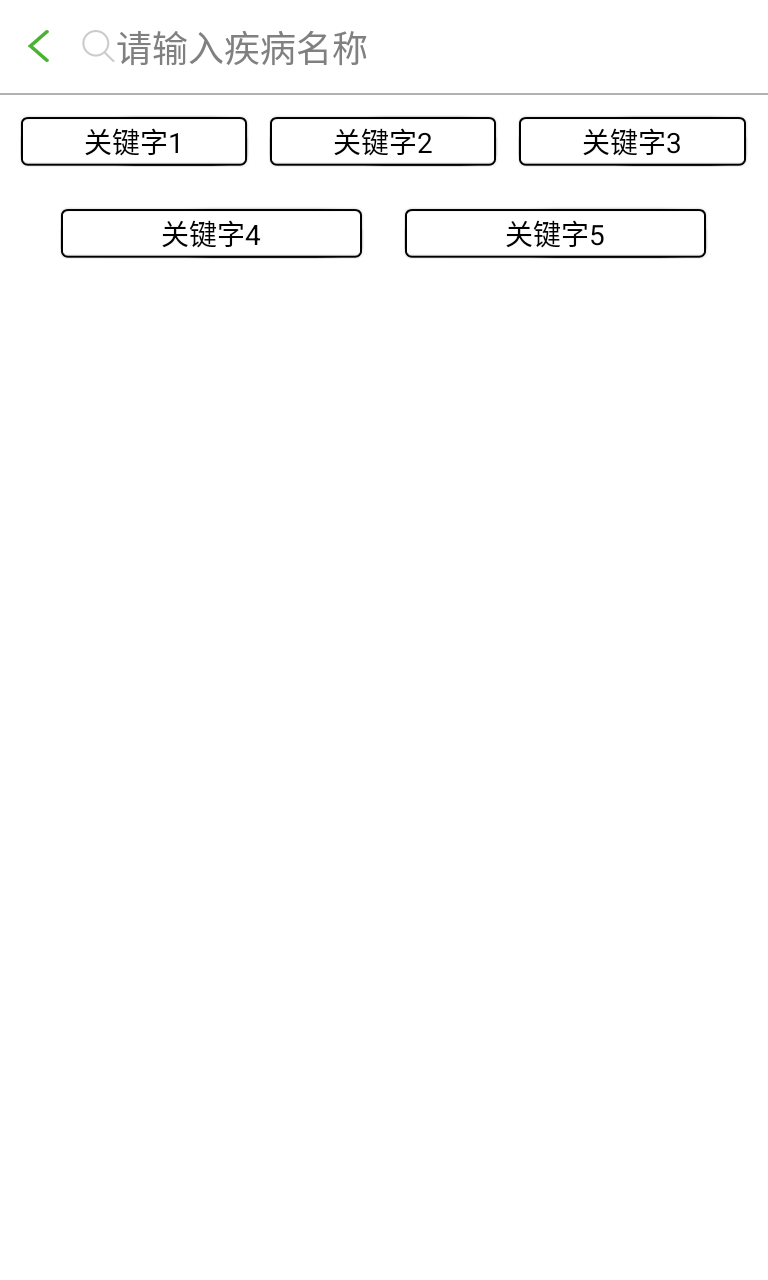
Repository: hjhlove110/XYApp
Layout: XYApp/res/layout/serache_view.xml
These files come from the project's save history. The layout is drawn as it stood at one moment and after the next save; the edit follows.
It is drawn on a 768 x 1280 px phone screen (xhdpi) without system bars, with theme Translucent; the app's code is not run.

Above is the layout before, as saved 2015-09-23 05:45:01.

### XYApp/res/layout/serache_view.xml
<LinearLayout xmlns:android="http://schemas.android.com/apk/res/android"
    android:layout_width="fill_parent"
    android:layout_height="fill_parent"
    android:background="#ffffff"
    android:orientation="vertical" >

    <LinearLayout
        android:layout_width="match_parent"
        android:layout_height="wrap_content"
        android:layout_margin="10dp"
        android:gravity="left|center_vertical"
        android:orientation="horizontal" >

        <ImageButton
            android:id="@+id/btnBack"
            android:layout_width="wrap_content"
            android:layout_height="wrap_content"
            android:background="@drawable/btn_back_selector" />

        <EditText
            android:id="@+id/title"
            android:layout_width="0dp"
            android:layout_height="wrap_content"
            android:layout_weight="1"
            android:background="@null"
            android:drawableLeft="@drawable/serach1"
            android:gravity="center_vertical|left"
            android:hint="请输入疾病名称"
            android:paddingLeft="10dp"
            android:textColor="#49b233" />
    </LinearLayout>

    <View
        android:layout_width="match_parent"
        android:layout_height="1dp"
        android:background="#b2b2b2" />

    <LinearLayout
        android:layout_width="match_parent"
        android:layout_height="wrap_content"
        android:layout_margin="10dp"
        android:orientation="horizontal" >

        <Button
            android:id="@+id/btnMsg1"
            android:layout_width="0dp"
            android:layout_height="wrap_content"
            android:layout_weight="1"
            android:background="@drawable/edittext_back"
            android:text="关键字1" />

        <Button
            android:id="@+id/btnMsg2"
            android:layout_width="0dp"
            android:layout_height="wrap_content"
            android:layout_marginLeft="10dp"
            android:layout_marginRight="10dp"
            android:layout_weight="1"
            android:background="@drawable/edittext_back"
            android:text="关键字2" />

        <Button
            android:id="@+id/btnMsg3"
            android:layout_width="0dp"
            android:layout_height="wrap_content"
            android:layout_weight="1"
            android:background="@drawable/edittext_back"
            android:text="关键字3" />
    </LinearLayout>

    <LinearLayout
        android:layout_width="match_parent"
        android:layout_height="wrap_content"
        android:layout_margin="10dp"
        android:orientation="horizontal" >

        <Button
            android:id="@+id/btnMsg4"
            android:layout_width="0dp"
            android:layout_height="wrap_content"
            android:layout_marginLeft="20dp"
            android:layout_weight="1"
            android:background="@drawable/edittext_back"
            android:text="关键字4" />

        <Button
            android:id="@+id/btnMsg5"
            android:layout_width="0dp"
            android:layout_height="wrap_content"
            android:layout_marginLeft="20dp"
            android:layout_marginRight="20dp"
            android:layout_weight="1"
            android:background="@drawable/edittext_back"
            android:text="关键字5" />
    </LinearLayout>

</LinearLayout>

### XYApp/res/values/styles.xml
<resources>

    <!--
        Base application theme, dependent on API level. This theme is replaced
        by AppBaseTheme from res/values-vXX/styles.xml on newer devices.



    -->
    <style name="AppBaseTheme" parent="Theme.AppCompat.Light">
        <!--
            Theme customizations available in newer API levels can go in
            res/values-vXX/styles.xml, while customizations related to
            backward-compatibility can go here.



        -->
    </style>

    <!-- Application theme. -->
    <style name="AppTheme" parent="AppBaseTheme">

        <!-- All customizations that are NOT specific to a particular API-level can go here. -->
        <item name="android:windowNoTitle">true</item>
    </style>

    <style name="CheckBoxMain">
        <item name="android:button">@null</item>
        <item name="android:paddingTop">12dip</item>
        <item name="android:gravity">center</item>
        <item name="android:background">@drawable/bg_mune</item>
        <item name="android:textSize">14sp</item>
        <item name="android:textColor">#656565</item>
        <item name="android:layout_width">0dip</item>
        <item name="android:layout_height">wrap_content</item>
        <item name="android:layout_weight">1</item>
    </style>

    <style name="Translucent" parent="@android:style/Theme.Translucent">
        <item name="android:windowNoTitle">true</item>
        <item name="android:windowIsFloating">true</item>
        <item name="android:windowIsTranslucent">true</item>
        <item name="android:windowContentOverlay">@null</item>
        <item name="android:windowAnimationStyle">@android:style/Animation.Dialog</item>
        <item name="android:backgroundDimEnabled">true</item>
    </style>

</resources>

### XYApp/res/drawable/btn_back_selector.xml
<?xml version="1.0" encoding="UTF-8"?>
<selector xmlns:android="http://schemas.android.com/apk/res/android">

    <item android:drawable="@drawable/l_back_p" android:state_checked="true"/>
    <item android:drawable="@drawable/l_back_p" android:state_pressed="true"/>
    <item android:drawable="@drawable/l_back"/>

</selector>

After the next save:
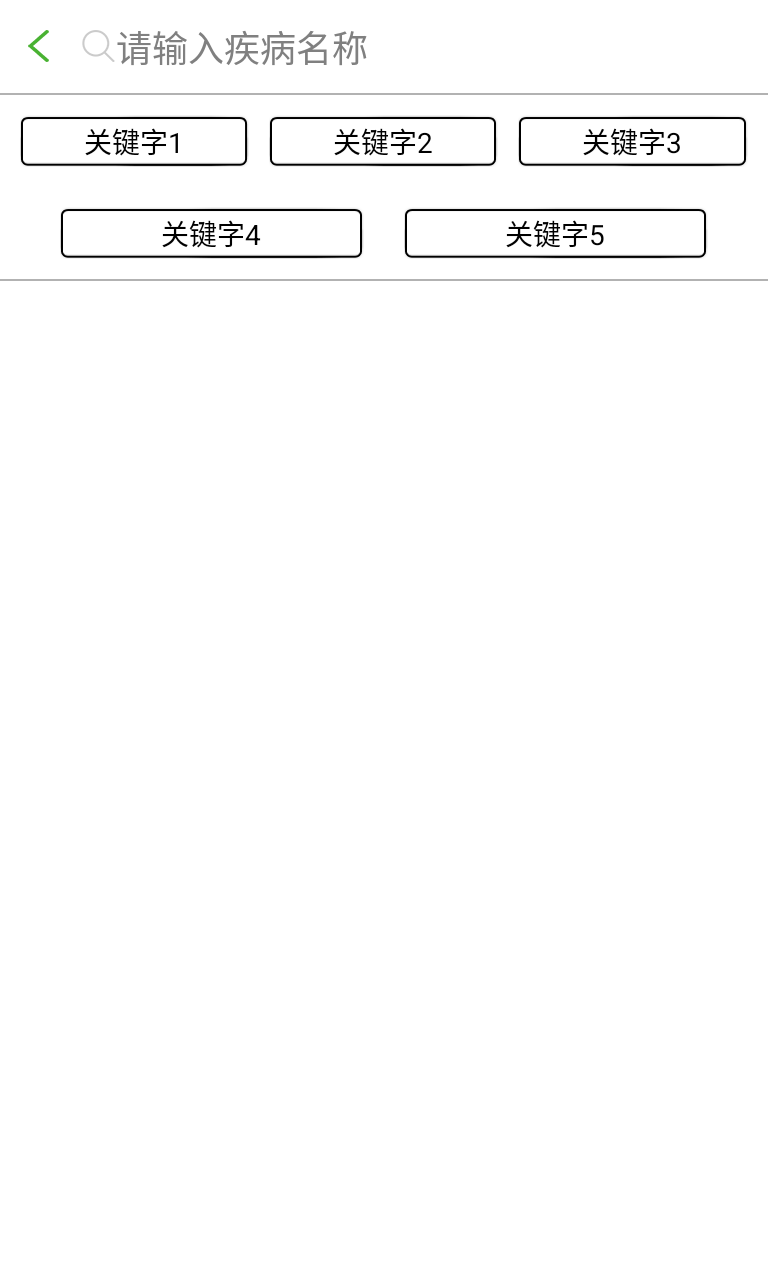
Saved 31 s later.
--- a/XYApp/res/layout/serache_view.xml
+++ b/XYApp/res/layout/serache_view.xml
@@ -94,4 +94,9 @@
             android:text="关键字5" />
     </LinearLayout>
 
+    <View
+        android:layout_width="match_parent"
+        android:layout_height="1dp"
+        android:background="#b2b2b2" />
+
 </LinearLayout>
